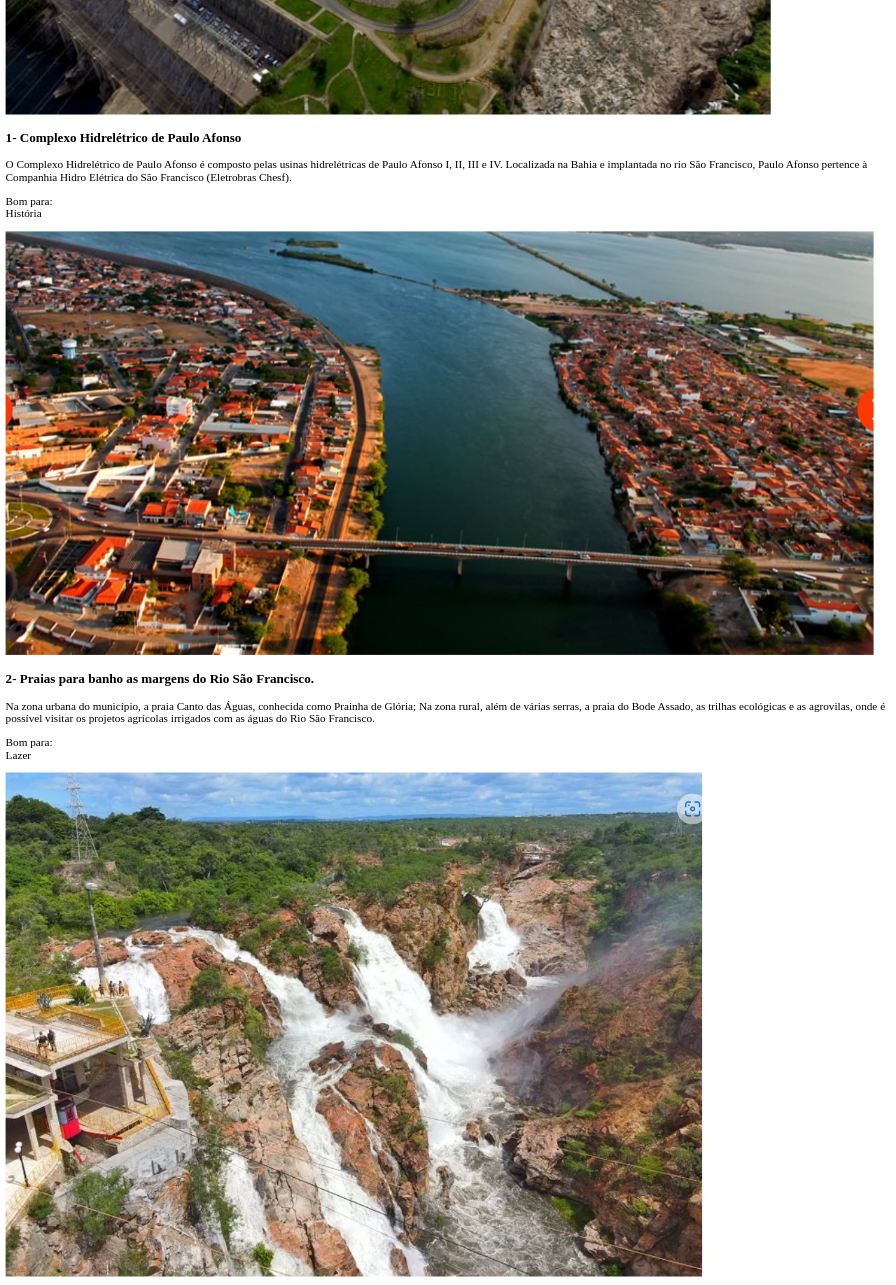
Repository: JeffRodFer/testeGitXGithub
Page: index.html
The author's editor kept a copy of each file at every save. The page is drawn from the files as they stood at one save, then again after the next save.
The browser window is 1280 px wide. The pictures show the part of the page from y = 1652 to 3572 px (the page is 3487 px tall before and 3572 px after), at 70% of full size.

Above is the page before, as saved 2025-03-15 19:17:45.

### index.html
<!DOCTYPE html>
<html lang="pt-br">
<head>
    <meta charset="UTF-8">
    <meta name="viewport" content="width=device-width, initial-scale=1.0">
    <title>Local Turístico</title>
</head>
<body>
    <main>
        <div>
            <p>Sua próxima viagem</p>
            <h1>Conheça Paulo Afonso</h1>
            <section>
                <img src="assets/main.jpg" alt="visão geral da hidroelêtrica">
                <p>O Complexo Hidrelétrico de Paulo Afonso é um conjunto de usinas, localizado na cidade de Paulo Afonso, formado pelas usinas de Paulo Afonso I, II, III, IV e Apolônio Sales (Moxotó), que produz 4 279,6 megawatts de energia, gerada a partir da força das águas da Cachoeira de Paulo Afonso, um desnível natural de 80 metros do Rio São Francisco. Sendo assim, o Complexo de usinas de Paulo Afonso tem a terceira maior capacidade instalada dentre as usinas do Brasil, perdendo apenas para Belo Monte (11 233 MW) e Tucuruí (8 000 MW), já que Itaipu com 14 000 MW é binacional (Brasil/Paraguai). </p>
            </section>
            <section>
                <p>História e tecnologia a favor do desenvolvimento</p>
                <h2>Descubra três destinos incríveis em Paulo Afonso</h2>
                <p>
                         A construção do Complexo Hidrelétrico de Paulo Afonso no início da década de 1950 foi um marco para a engenharia brasileira, visto que foi necessário controlar e reverter o fluxo do Rio São Francisco, numa obra de engenharia sem tamanho para aquela época, para então iniciar-se o processo de construção da barragem da primeira usina (Paulo Afonso I), depois inaugurada pelo presidente Café Filho em 15 de janeiro de 1955
                </p>
                <img src="assets/hidroele.jpg" alt="hidroelêtrica">
                <h3>1- Complexo Hidrelétrico de Paulo Afonso</h3>
                <p>
                     O Complexo Hidrelétrico de Paulo Afonso é composto pelas usinas hidrelétricas de Paulo Afonso I, II, III e IV. Localizada na Bahia e implantada no rio São Francisco, Paulo Afonso pertence à Companhia Hidro Elétrica do São Francisco (Eletrobras Chesf).
                </p>
                <P>Bom para: <br>
                   História</P>
            </section>
            <section>
                <img src="assets/aerea.jpg" alt="praias para banho as margens do Rio São Francisco">
                <h3>2- Praias para banho as margens do Rio São Francisco.</h3>
                <p>
                    Na zona urbana do município, a praia Canto das Águas, conhecida como Prainha de Glória; Na zona rural, além de várias serras, a praia do Bode Assado, as trilhas ecológicas e as agrovilas, onde é possível visitar os projetos agrícolas irrigados com as águas do Rio São Francisco.
                </p>
                <p>Bom para: <br>
                    Lazer</p>
            </section>
            <section>
                <img src="assets/rochasagua.jpg" alt="quedas d'agua nos canions do rio são francisco">
            </section>

        </div>
    </main>
</body>
</html>

After the next save:
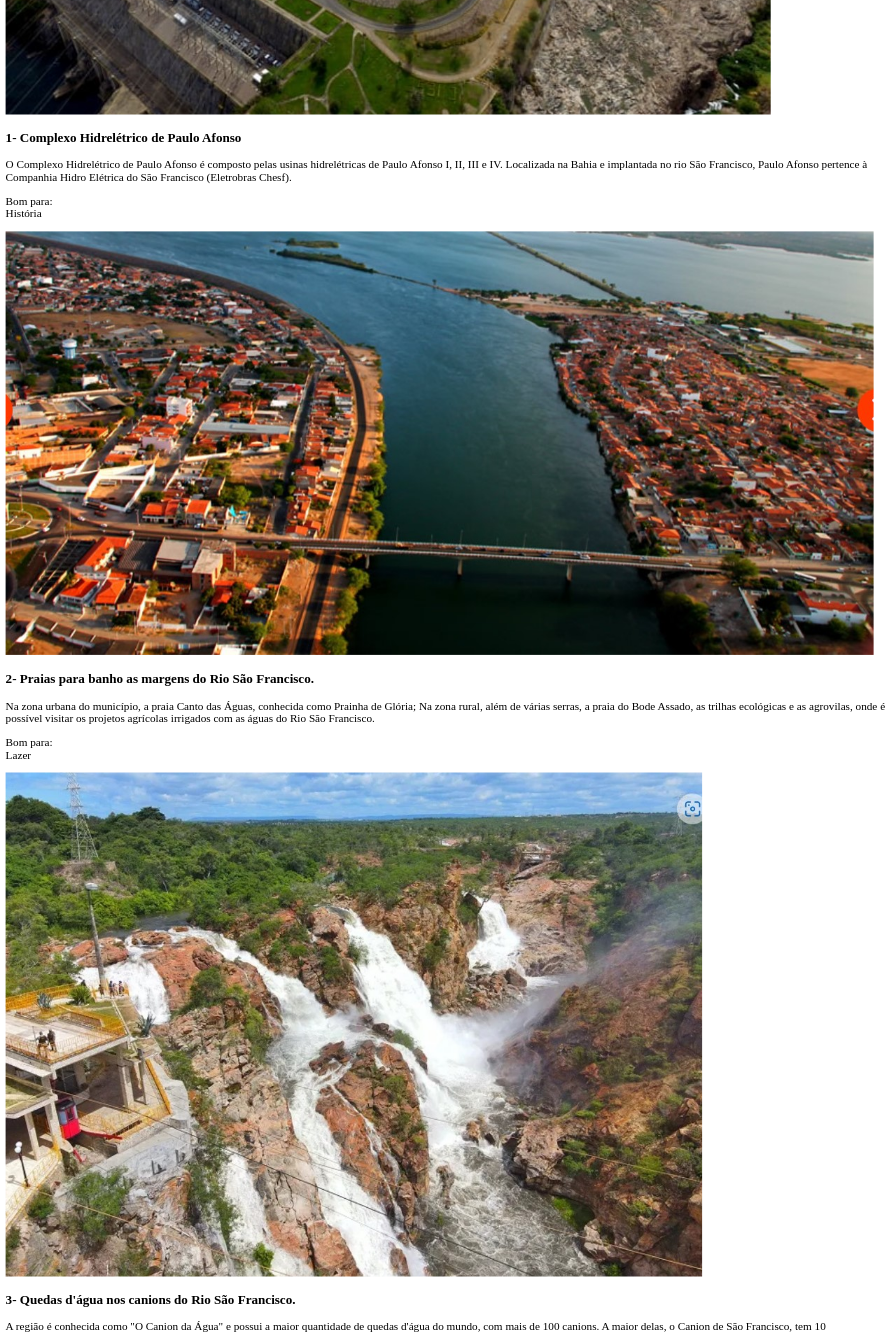
Saved 85 s later.
--- a/index.html
+++ b/index.html
@@ -39,6 +39,9 @@
             </section>
             <section>
                 <img src="assets/rochasagua.jpg" alt="quedas d'agua nos canions do rio são francisco">
+                <h3>3- Quedas d'água nos canions do Rio São Francisco.</h3>
+                <p>
+                    A região é conhecida como "O Canion da Água" e possui a maior quantidade de quedas d'água do mundo, com mais de 100 canions. A maior delas, o Canion de São Francisco, tem 10
             </section>
 
         </div>
